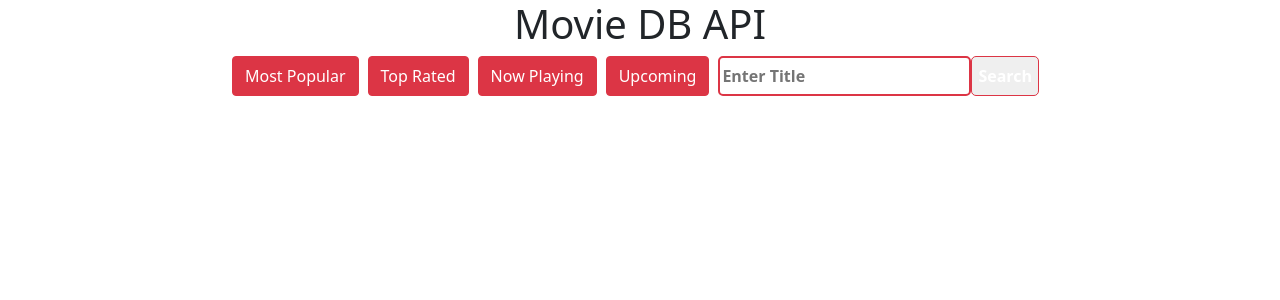
Repository: chaampavictor/moviedbapi
Page: /
These files come from the project's save history. The page is drawn as it stood at one moment and after the next save; the edit follows.
The browser window is 1280 px wide. The pictures show the whole page.
The page's requests for data from a server got no answer. The project was rebuilt for these pictures with package versions that can differ from the ones it lists, and the page was loaded fresh each time. No one was signed in, and anything a server would have sent is missing.

Above is the page before, as saved 2022-01-13 13:12:36.

### src/App.js
import React, { useEffect, useState } from "react";
import axios from "axios";
import "./App.css";
import "bootstrap/dist/css/bootstrap.min.css";
import Modal from "react-bootstrap/Modal";
import Container from "react-bootstrap/Container";
import Row from "react-bootstrap/Row";
import Col from "react-bootstrap/Col";
import Button from "react-bootstrap/Button";
import { Search } from "./components/search";
const api_key = "872c70d736d1ef4484522f734137927d";
const BASE_URL = "https://api.themoviedb.org/3";
const getImage = (path) => `https://image.tmdb.org/t/p/w300/${path}`;

function App() {
  const [data, setData] = useState([]);
  const [details, setDetails] = useState([]);
  const [isLoading, setLoading] = useState(false);
  const [show, setShow] = useState(false);
  const [search, setSearch] = useState("");

  const handleClose = () => setShow(false);

  const api = axios.create({ baseURL: BASE_URL });

  const getUpcoming = api.get("/movie/popular", { params: { api_key } });
  const getgenre = api.get("/genre/movie/list", { params: { api_key } });

  useEffect(() => {
    getUpcoming.then((res) => {
      setData(res.data.results);
    });

    getgenre.then((res) => {
      // setData(res.data.results);
      console.log("get genre", res);
    });
  }, []);

  const GetMostPopular = () => {
    const toprated = api.get("/movie/popular", { params: { api_key } });
    toprated.then((res) => {
      console.log("get popular", res.data.results);
      setData(res.data.results);
    });
  };

  const GetTopRated = (res) => {
    const toprated = api.get("/movie/top_rated", { params: { api_key } });
    toprated.then((res) => {
      console.log("get top rated", res.data.results);
      setData(res.data.results);
    });
  };

  const GetPlaying = () => {
    const latest = api.get("movie/now_playing", { params: { api_key } });
    latest.then((res) => {
      console.log("now_playing movies", res.data);
      setData(res.data.results);
    });
  };

  const GetUpcoming = () => {
    const latest = api.get("movie/upcoming", { params: { api_key } });
    latest.then((res) => {
      console.log("latest movies", res.data);
      setData(res.data.results);
    });
  };

  const searchMovie = async (e) => {
    e.preventDefault();
    const query = "avengers";
    const latest = api.get("search/movie", { params: { api_key, query } });
    latest.then((res) => {
      setData(res.data.results);
    });
  };
  return (
    <div className="App">
      <h1 style={{ textAlign: "center" }}>Movie DB API</h1>
      <header>
        <div
          style={{
            display: "flex",
            justifyContent: "center",
            alignItems: "center",
            marginBottom: "12px",
          }}
        >
          <Button
            variant="danger"
            className="filterbutton"
            onClick={GetMostPopular}
          >
            Most Popular
          </Button>
          <Button
            variant="danger"
            className="filterbutton"
            onClick={GetTopRated}
          >
            Top Rated
          </Button>
          <Button
            variant="danger"
            className="filterbutton"
            onClick={GetPlaying}
          >
            {" "}
            Now Playing
          </Button>
          <Button
            variant="danger"
            className="filterbutton"
            onClick={GetUpcoming}
          >
            {" "}
            Upcoming
          </Button>

          <Search />
        </div>
        <Modal
          dialogClassName="modal-90w"
          aria-labelledby="example-custom-modal-styling-title"
          centered
          show={show}
          onHide={handleClose}
          animation={true}
        >
          <Row>
            <Col>
              <img
                src={getImage(details.poster_path)}
                alt="Nature"
                style={{ width: "100%", height: "466px" }}
              />
            </Col>
          </Row>
          <Container>
            <Row>
              <Col>
                <h4>{details.original_title}</h4>
                <p> release date: {details.release_date}</p>
                <p> popularity: {details.popularity}</p>

                <p> {details.overview}</p>
              </Col>
            </Row>
          </Container>
        </Modal>
        <div
          className="explore-card-columns  container-fluid"
          style={{ marginBottom: "100px" }}
        >
          {data.map((movie) => (
            <div className="item">
              <div class="hover01 column">
                <div>
                  <figure>
                    <img
                      onClick={() => {
                        console.log("record being passed", movie);
                        setShow(true);
                        setDetails(movie);
                      }}
                      src={getImage(movie.poster_path)}
                      alt="poster"
                      className="image-item"
                    />
                  </figure>
                </div>
              </div>
            </div>
          ))}
        </div>
      </header>
    </div>
  );
}

export default App;

### src/App.css
.explore-nav {
  padding-top: 30px;
}

.item {
  margin-bottom: 15px;
}

.image-item:hover {
  opacity: 0.5;
}

.container {
  position: relative;
  width: 50%;
}

.modalcontainer {
  background-color: red;
  position: relative;
  font-family: Arial;
}

.submitbutton {
  height: 40px;
  margin-right: 9px;
  border: #dc3545 1px solid;
  border-radius: 5px;
  color: white;
  font-weight: bolder;
}

.searchbutton {
  border: 2px solid #dc3545;

  height: 40px;
  /* margin-right: 9px; */

  border-radius: 5px;

  font-weight: bolder;
}

.text-block {
  position: absolute;
  bottom: 260px;
  height: 210px;
  /* right: 150px; */
  /* background-color: #000000db; */
  color: white;
  padding-left: 20px;
  padding-right: 20px;
}

.image-item {
  opacity: 1;
  display: block;
  width: 100%;
  height: auto;
  transition: 0.5s ease;
  backface-visibility: hidden;
  border-radius: 52px;
  cursor: pointer;
}

.container:hover .image {
  opacity: 0.3;
}

.container:hover .middle {
  opacity: 1;
}

.text {
  background-color: red;
  color: white;
  font-size: 16px;
  padding: 16px 32px;
}

.modal-header {
  display: flex;
  flex-shrink: 0;
  align-items: center;
  justify-content: space-between;
  padding: 1rem 1rem;
  border-bottom: none !important;
  border-top-left-radius: calc(0.3rem - 1px);
  border-top-right-radius: calc(0.3rem - 1px);
}

.filterbutton {
  height: 40px;
  margin-right: 9px;
  background: red;
  border: red 1px solid;
  border-radius: 5px;
  color: white;
  font-weight: bolder;
}

.figure {
  width: 200px;
  height: 150px;
  margin: 0;
  padding: 0;
  background: #fff;
  overflow: hidden;
}
.figure:hover + span {
  bottom: -36px;
  opacity: 1;
}

/* Zoom In #1 */
.hover01 figure img {
  -webkit-transform: scale(0.9);
  transform: scale(1);
  -webkit-transition: 0.3s ease-in-out;
  transition: 0.3s ease-in-out;
}
.hover01 figure:hover img {
  -webkit-transform: scale(1);
  transform: scale(1.04);
}

.explore-body .card-body:hover {
  /* color: #30adb4; */
  background: "#32c709";
}

.card {
  border: 0px solid rgba(0, 0, 0, 0.125) !important;
}

.user-reaction div {
  padding-right: 20px;
}

.explore-card-columns .card {
  margin-bottom: 0.79rem;
}
@media screen and (min-width: 992px) {
  .explore-card-columns {
    -webkit-column-count: 4;
    -moz-column-count: 4;
    column-count: 4;
    -webkit-column-gap: 1.25rem;
    -moz-column-gap: 1.25rem;
    column-gap: 1.25rem;
  }
  .explore-card-columns .card {
    display: inline-block;
    width: 100%;
  }
}
@media screen and (max-width: 992px) {
  .explore-card-columns {
    -webkit-column-count: 2;
    -moz-column-count: 2;
    column-count: 2;
  }
}
@media screen and (max-width: 600px) {
  .explore-card-columns {
    -webkit-column-count: 1;
    -moz-column-count: 1;
    column-count: 1;
  }
}

### src/components/search.js
import React, { useState } from "react";
import "../App.css";

export function Search(props) {
  const [name, setName] = useState("");

  const handleSubmit = (evt) => {
    evt.preventDefault();
    alert(`Submitting Name ${name}`);
  };
  return (
    <form onSubmit={handleSubmit}>
      <label>
        <input
          type="text"
          value={name}
          onChange={(e) => setName(e.target.value)}
          placeholder="Enter Title "
          className="searchbutton"
        />
      </label>
      <input type="submit" value="Search" className="submitbutton" />
    </form>
  );
}

Loaded but not shown: public/index.html (common file); src/index.js (common file); src/index.css (common file); src/reportWebVitals.js (common file)

After the next save:
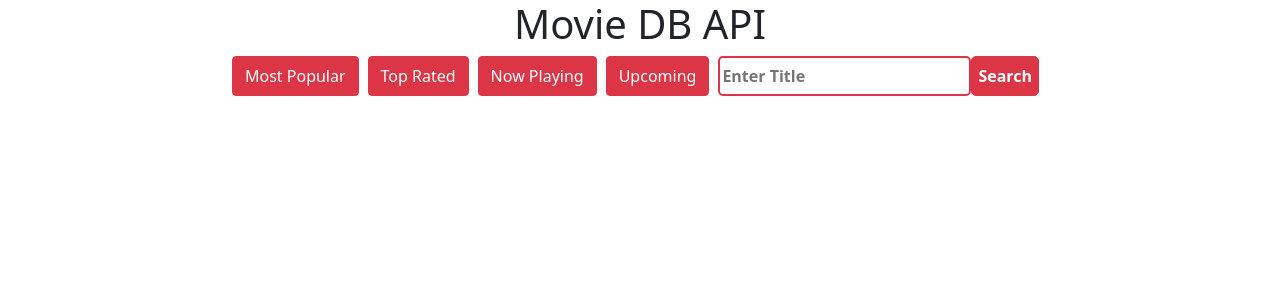
Saved 14 s later.
--- a/src/App.css
+++ b/src/App.css
@@ -24,6 +24,7 @@
 .submitbutton {
   height: 40px;
   margin-right: 9px;
+  background: #dc3545;
   border: #dc3545 1px solid;
   border-radius: 5px;
   color: white;
